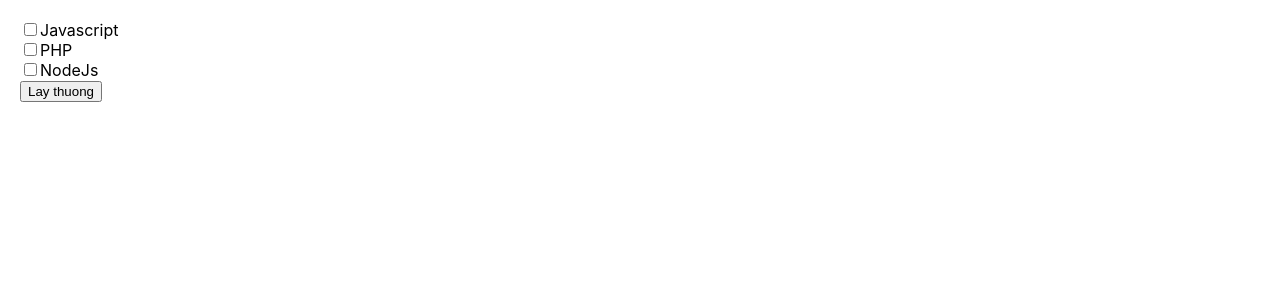
Repository: ducthanglinh/tiktok-clone
Page: /
These files come from the project's save history. The page is drawn as it stood at one moment and after the next save; the edit follows.
The browser window is 1280 px wide. The pictures show the whole page.
The project was rebuilt for these pictures with package versions that can differ from the ones it lists, and the page was loaded fresh each time.

Above is the page before, as saved 2022-09-23 19:55:12.

After the next save:
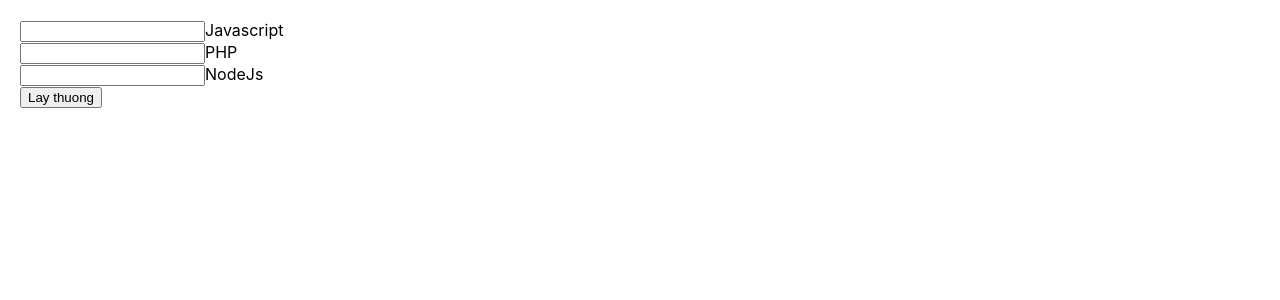
Saved 4 min 57 s later.
--- a/src/App.js
+++ b/src/App.js
@@ -15,7 +15,11 @@
   },
 ];
 function App() {
-  const [checked, setChecked] = useState();
+  const [checked, setChecked] = useState([]);
+  const handleCheck = (id) => {
+    setChecked((prev) => [...prev, checked]);
+  };
+
   const handleSubmit = () => {
     console.log({ id: checked });
   };
@@ -25,9 +29,9 @@
       {courses.map((course) => (
         <div key={course.id}>
           <input
-            type="checkbox"
+            type="checkbox  "
             checked={checked === course.id}
-            onChange={() => setChecked(course.id)}
+            onChange={() => handleCheck(course.id)}
           />
           {course.name}
         </div>

After the save that followed:
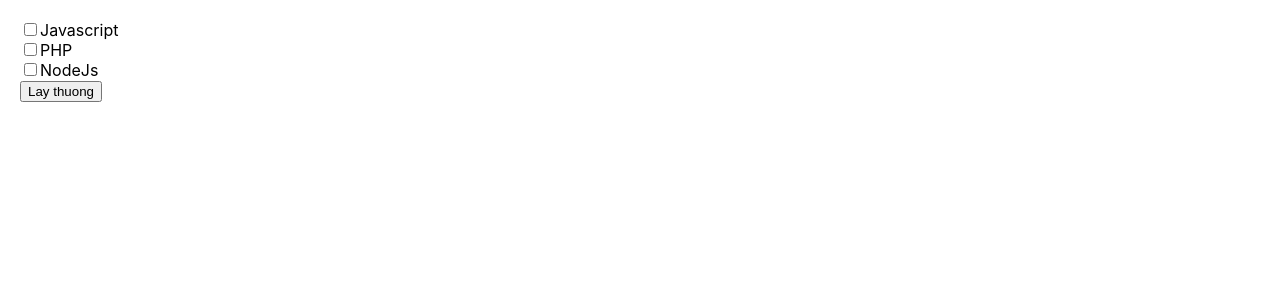
Saved 15 s later.
--- a/src/App.js
+++ b/src/App.js
@@ -29,7 +29,7 @@
       {courses.map((course) => (
         <div key={course.id}>
           <input
-            type="checkbox  "
+            type="checkbox"
             checked={checked === course.id}
             onChange={() => handleCheck(course.id)}
           />
